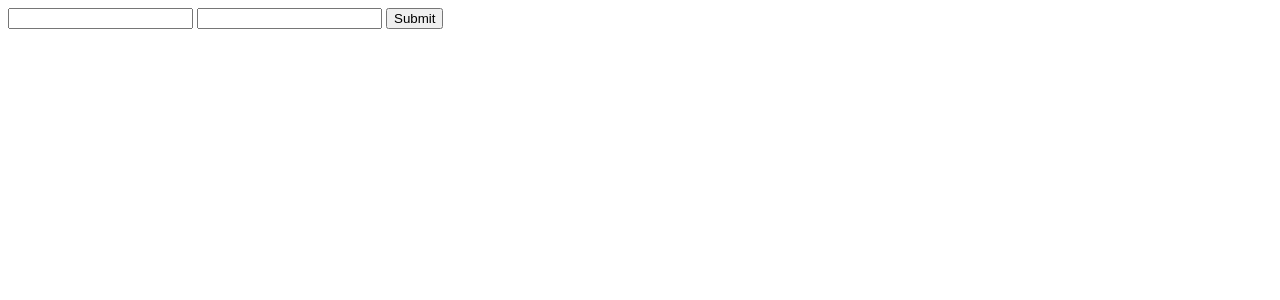
Repository: mittalvaibhav1/java-web
Page: Servlets/ServletApp/WebContent/index.html
An editor plug-in stored every save of this project. The page is shown before and after the next save, followed by the edit.
The browser window is 1280 px wide. The pictures show the whole page.

Above is the page before, as saved 2021-05-11 04:47:49.

### Servlets/ServletApp/WebContent/index.html
<!DOCTYPE html>
<html>
<head>
	<meta charset="UTF-8">
	<title>Servlet App</title>
</head>
<body>
	<form action="add">
		<input type="text" name="num1" />
		<input type="text" name="num2" />
		<input type="submit" />
	</form>
</body>
</html>

After the next save:
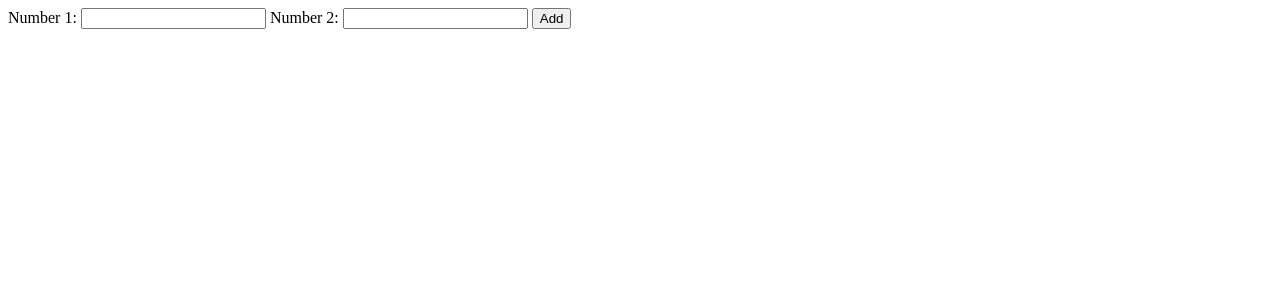
Saved 59 s later.
--- a/Servlets/ServletApp/WebContent/index.html
+++ b/Servlets/ServletApp/WebContent/index.html
@@ -6,9 +6,9 @@
 </head>
 <body>
 	<form action="add">
-		<input type="text" name="num1" />
-		<input type="text" name="num2" />
-		<input type="submit" />
+		<label> Number 1: </label><input type="text" name="num1" />
+		<label> Number 2: </label><input type="text" name="num2" />
+		<input type="submit" value="Add" />
 	</form>
 </body>
 </html>
